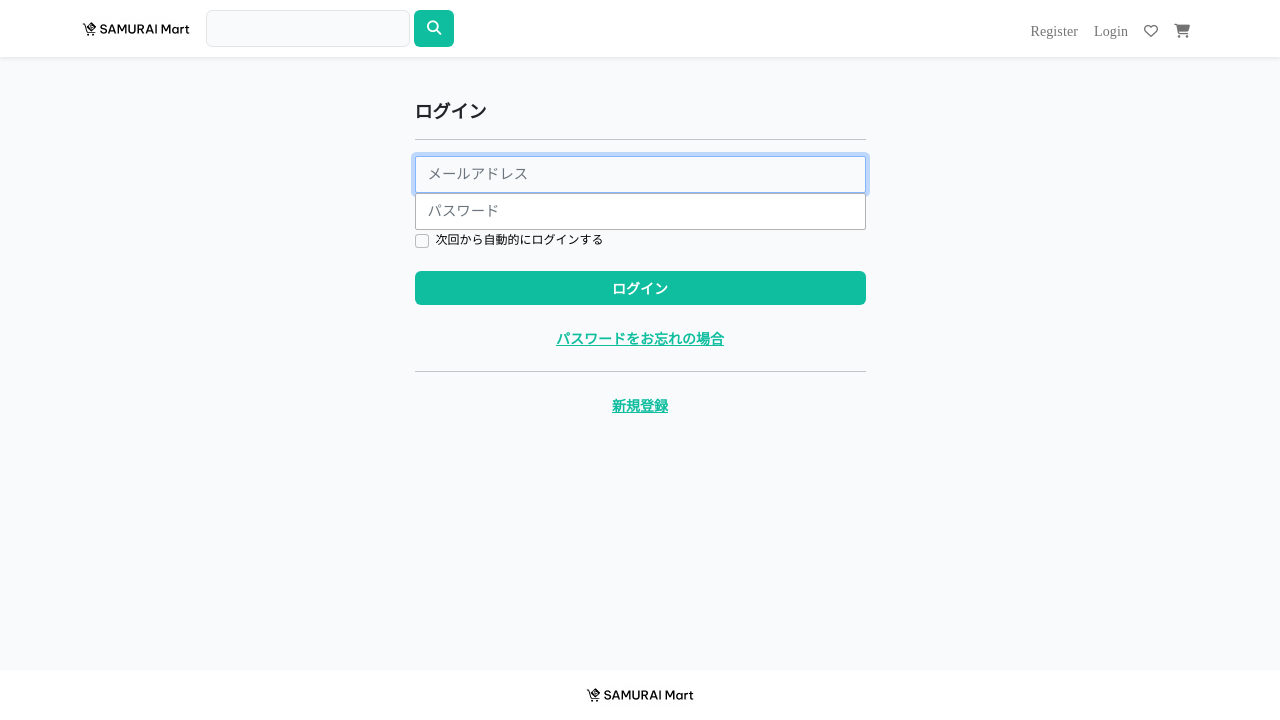
Repository: takaran/laravel-todo-kadai1
Page: http://localhost/login
These files come from the project's save history. The page is drawn as it stood at one moment and after the next save; the edit follows.
The browser window is 1280 px wide. The pictures show the whole page.
Some web libraries are served in a nearby version. The page is served by the project's Laravel application, run on PHP 8.4 with Laravel 9. Style sheets and scripts are compiled from the project's sources, by tool versions that may differ from the author's.

Above is the page before, as saved 2024-06-04 20:20:22.

After the next save:
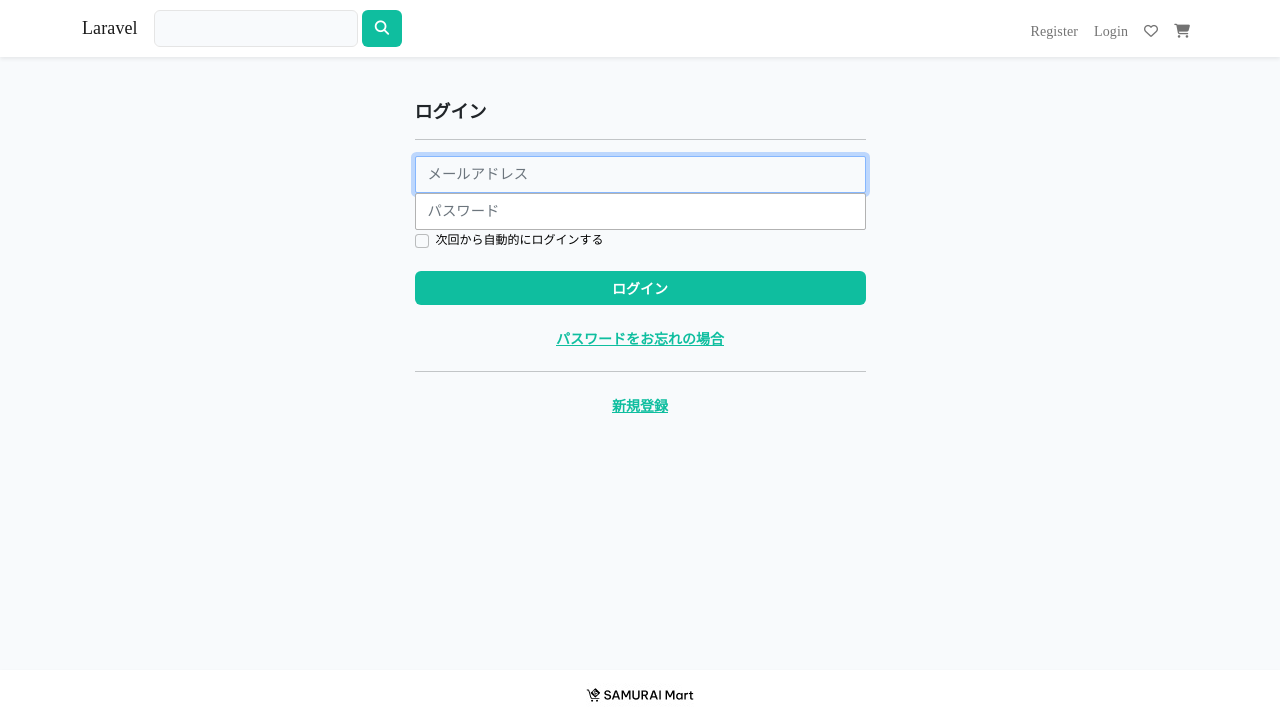
Saved 2 min 31 s later.
--- a/resources/views/components/header.blade.php
+++ b/resources/views/components/header.blade.php
@@ -1,7 +1,7 @@
 <nav class="navbar navbar-expand-md navbar-light shadow-sm samuraimart-header-container">
   <div class="container">
     <a class="navbar-brand" href="{{ url('/') }}">
-      <img src="{{asset('img/logo.jpg')}}">
+      {{ config('app.name', 'Laravel') }}
     </a>
     <form class="row g-1">
       <div class="col-auto">

After the save that followed:
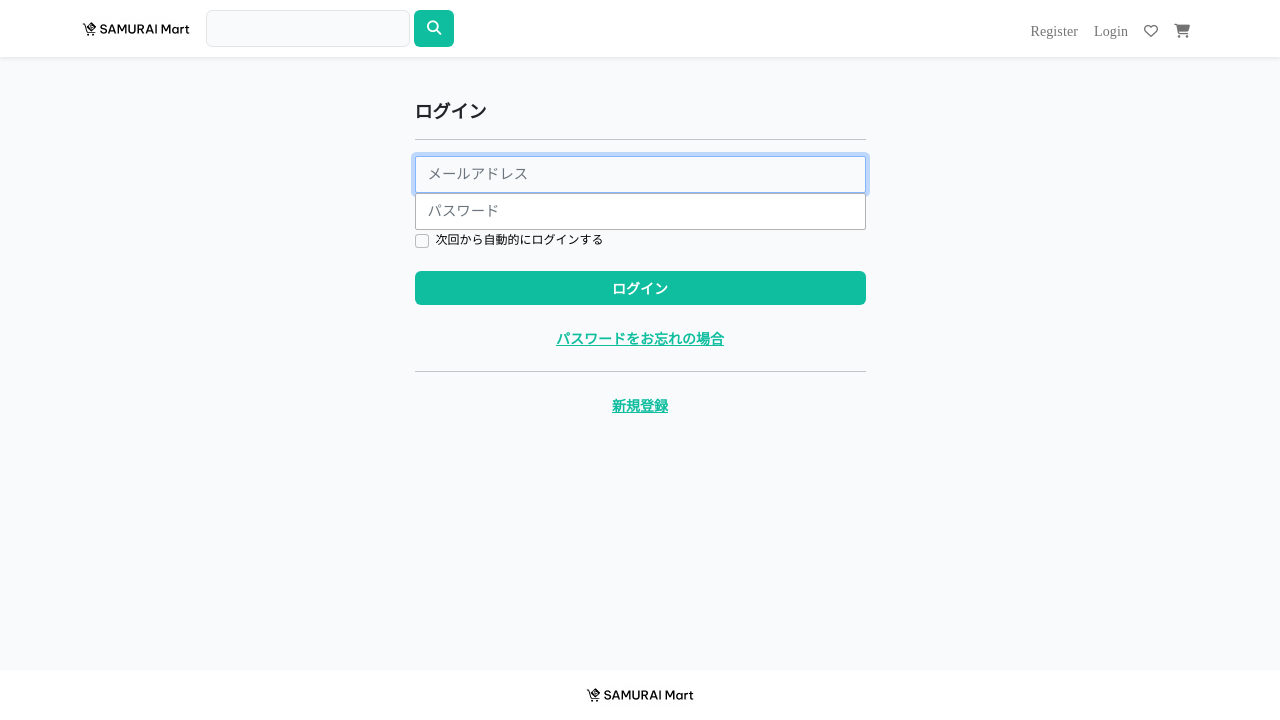
Saved 2 min 18 s later.
--- a/resources/views/components/header.blade.php
+++ b/resources/views/components/header.blade.php
@@ -1,7 +1,7 @@
 <nav class="navbar navbar-expand-md navbar-light shadow-sm samuraimart-header-container">
   <div class="container">
     <a class="navbar-brand" href="{{ url('/') }}">
-      {{ config('app.name', 'Laravel') }}
+      <img src="{{asset('img/logo.jpg')}}">
     </a>
     <form class="row g-1">
       <div class="col-auto">
